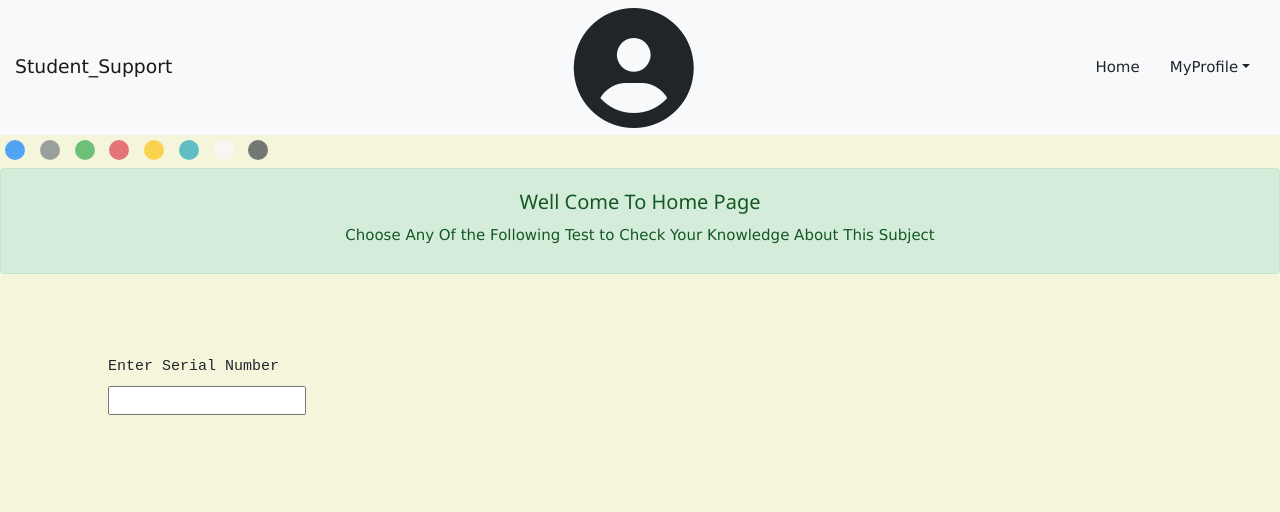
Repository: FeelHack/STUDENT-EXAMINATION-SYSTEM
Page: http://localhost/Exam_System/Admin/CreateQuestion.jsp
These files come from the project's save history. The page is drawn as it stood at one moment and after the next save; the edit follows.
The browser window is 1280 px wide. The pictures show the whole page.
Some web libraries are served in a nearby version. The page is served by Tomcat 9.

Above is the page before, as saved 2020-03-10 14:20:04.

After the next save:
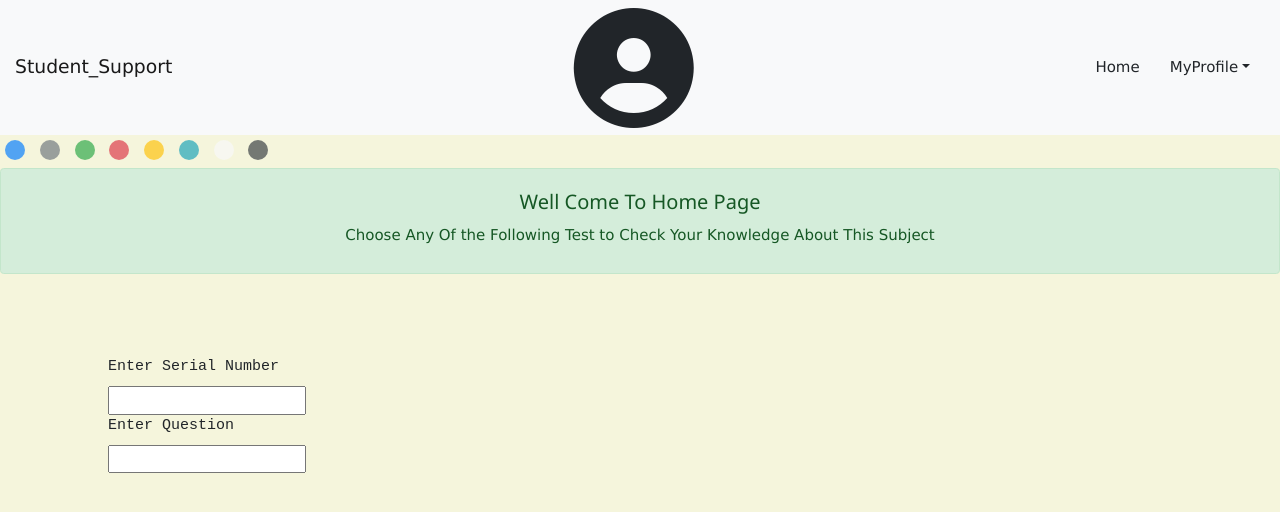
Saved 45 s later.
--- a/Exam System/WebContent/Admin/CreateQuestion.jsp
+++ b/Exam System/WebContent/Admin/CreateQuestion.jsp
@@ -17,7 +17,9 @@
             <form action="com.controller.QuestionCreate" method="post">
 
             <label>Enter Serial Number</label>
-            <input type="text" name="sl">
+            <input type="text" name="Sl">
+            <label>Enter Question</label>
+            <input type="text" name="Question">
 
             </form>
         </pre>
